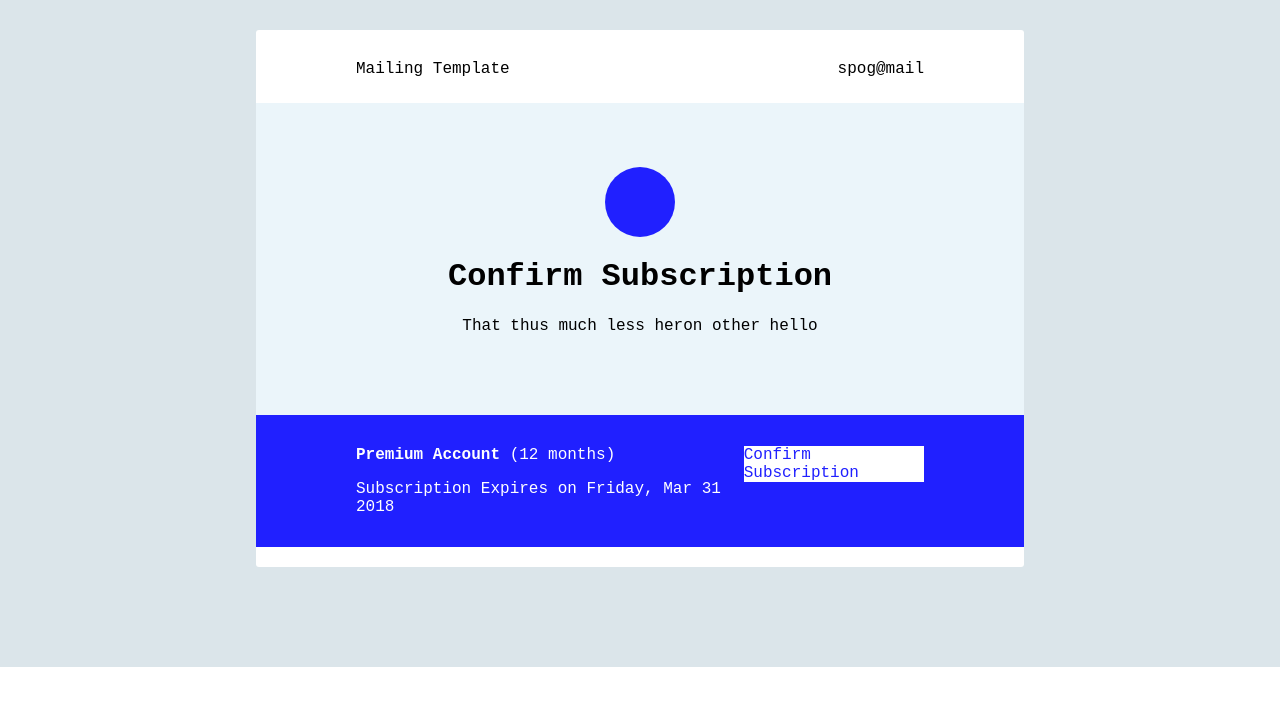
Repository: Lecon-Git/Appmail-Template
Page: mail.html
The author's editor kept a copy of each file at every save. The page is drawn from the files as they stood at one save, then again after the next save.
The browser window is 1280 px wide. The pictures show the whole page.

Above is the page before, as saved 2021-11-01 21:50:41.

### mail.html
<!DOCTYPE html>
<html lang="en">

<head>
    <meta charset="UTF-8">
    <meta http-equiv="X-UA-Compatible" content="IE=edge">
    <meta name="viewport" content="width=device-width, initial-scale=1.0">
    <title>Service Confirmation</title>
    <link rel="stylesheet" href="css/mail.css">
</head>

<body>
    <div class="container">
        <div class="main">
            <div class="head_1">
                <span class="logo">Mailing Template</span>
                <span class="username">spog@mail</span>
            </div>
            <div class="subscribe">
                <div class="circle"></div>
                <h1>Confirm Subscription</h1>
                <p>That thus much less heron other hello</p>
            </div>
            <div class="premium">
                <div class="text">
                    <p><strong>Premium Account</strong> (12 months)</p>
                    <p>Subscription Expires on Friday, Mar 31 2018</p>
                </div>
                <div class="sub_btn">Confirm Subscription</div>
            </div>
        </div>
    </div>
</body>

</html>

### css/mail.css
body {
    margin: 0;
    font-family: "Courier New", Courier, monospace;
}

.container {
    padding: 30px 0 100px;
    background-color: #dbe5ea;
}

.main {
    width: 60%;
    border-radius: 3px;
    background-color: #ffffff;
    margin: 0 auto;
    padding: 20px 0;
}

.head_1 {
    display: flex;
    flex-direction: row;
    padding: 10px 100px 25px;
}

.head_1 span {
    flex: 1;
}

.logo {}

.username {
    text-align: right;
}

.subscribe {
    background-color: #ebf5fa;
    padding: 64px 0;
    text-align: center;
}

.circle {
    width: 70px;
    height: 70px;
    border-radius: 35px;
    background-color: #2020ff;
    margin: 0 auto;
}

.premium {
    background-color: #2020ff;
    color: #fff;
    display: flex;
    flex-direction: row;
    padding: 15px 100px;
    align-items: baseline;
}

.text {
    font-size: 16px;
}

.sub_btn {
    background-color: #fff;
    color: #2020ff;
}

After the next save:
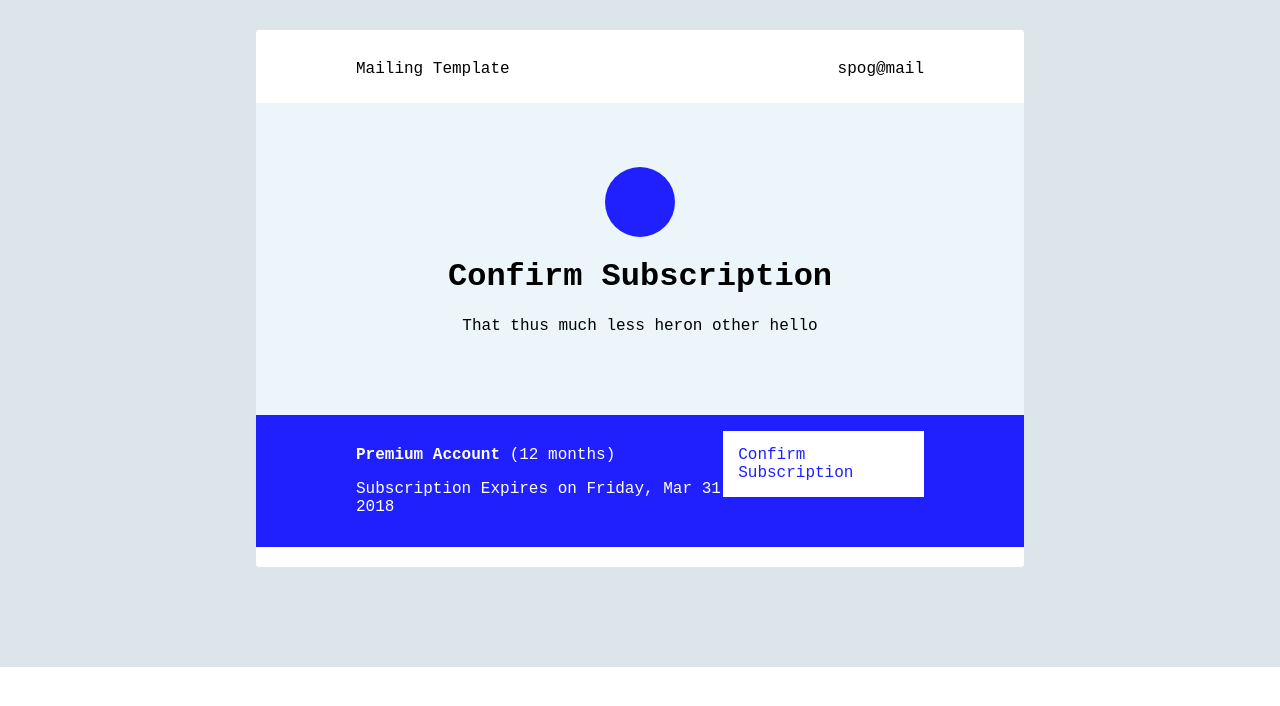
Saved 24 s later.
--- a/css/mail.css
+++ b/css/mail.css
@@ -62,4 +62,5 @@ body {
 .sub_btn {
     background-color: #fff;
     color: #2020ff;
+    padding: 15px;
 }
